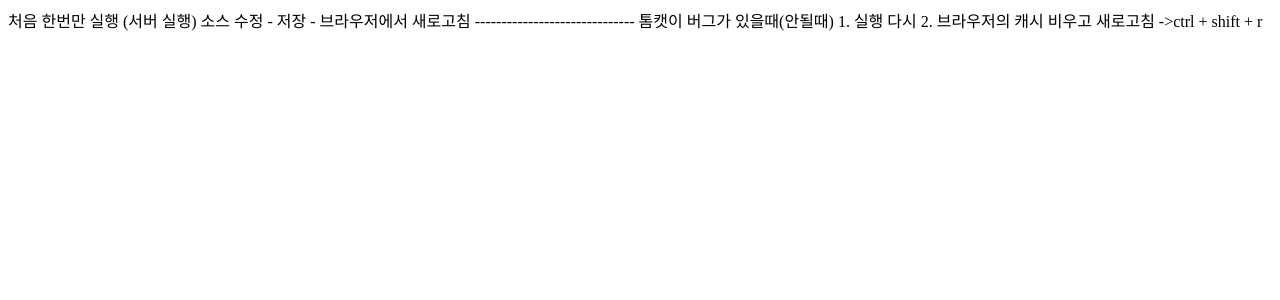
Repository: AiharaAkira/jsp
Page: WebWorkSpace/01_Servlet/src/main/webapp/NewFile.html
The author's editor kept a copy of each file at every save. The page is drawn from the files as they stood at one save, then again after the next save.
The browser window is 1280 px wide. The pictures show the whole page.

Above is the page before, as saved 2021-11-03 04:20:22.

After the next save:
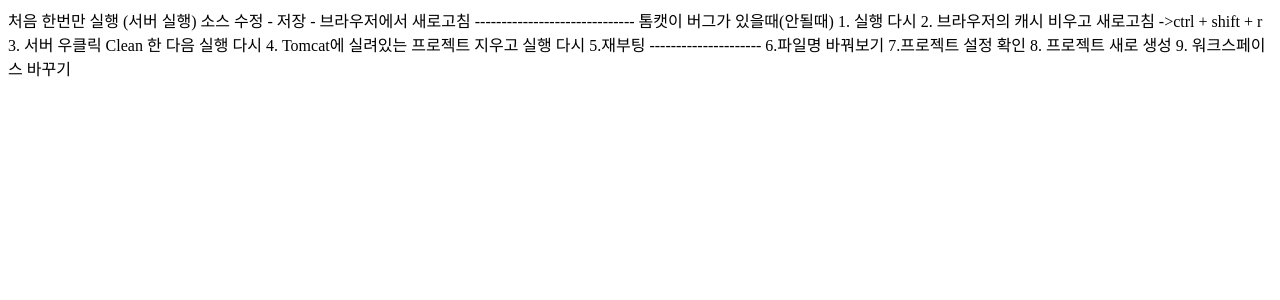
Saved 5 min 3 s later.
--- a/WebWorkSpace/01_Servlet/src/main/webapp/NewFile.html
+++ b/WebWorkSpace/01_Servlet/src/main/webapp/NewFile.html
@@ -11,7 +11,14 @@
 	톰캣이 버그가 있을때(안될때)
 	1. 실행 다시
 	2. 브라우저의 캐시 비우고 새로고침 ->ctrl + shift + r
-
+	3. 서버 우클릭 Clean 한 다음 실행 다시
+	4. Tomcat에 실려있는 프로젝트 지우고 실행 다시
+	5.재부팅
+	---------------------
+	6.파일명 바꿔보기
+	7.프로젝트 설정 확인
+	8. 프로젝트 새로 생성
+	9. 워크스페이스 바꾸기
 
 </body>
 </html>
